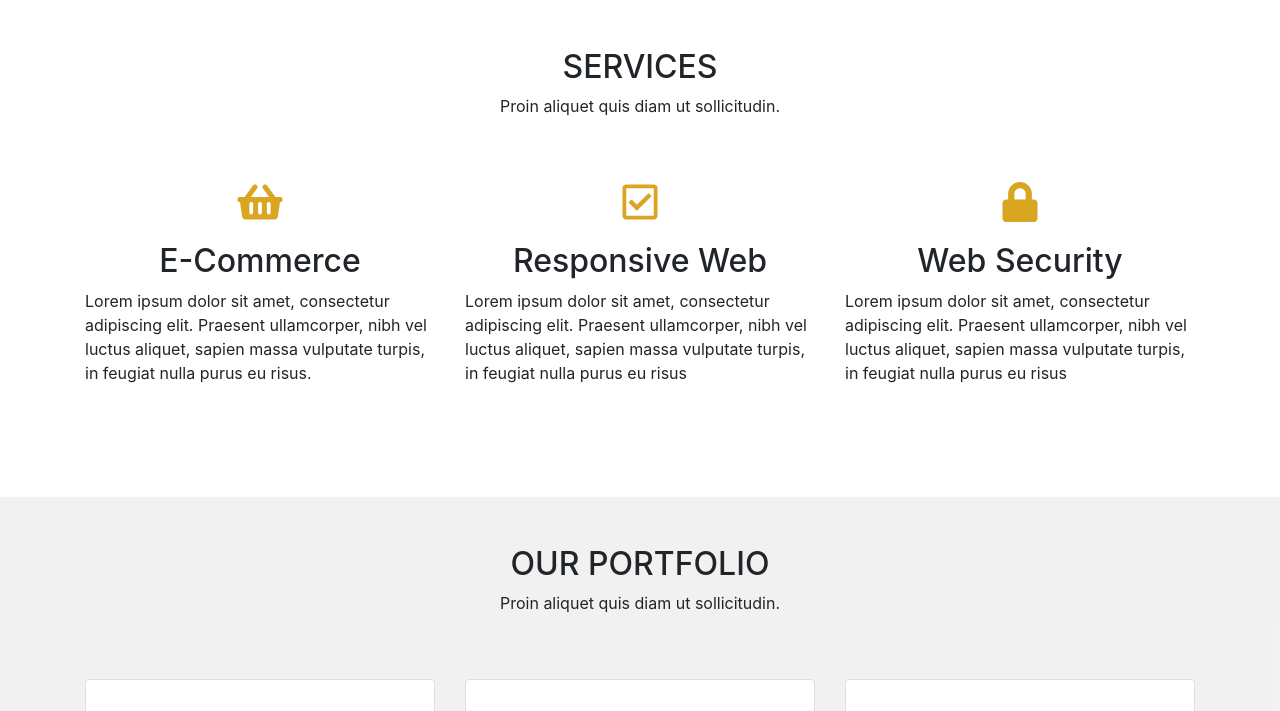
Repository: arek-adamik/golden-webpage
Page: index.html
These files come from the project's save history. The page is drawn as it stood at one moment and after the next save; the edit follows.
The browser window is 1280 px wide. The pictures show the part of the page from y = 645 to 1356 px (the page is 2623 px tall before and 2618 px after).
Pictures or frames that could not be fetched are drawn as grey boxes. Some web fonts or font styles are not loaded; a fallback is used. Some web libraries are served in a nearby version. The style sheet was rebuilt from its Sass, Less or Tailwind sources for each picture, by a compiler version that may differ from the author's.

Above is the page before, as saved 2021-05-04 17:00:39.

### index.html
<!DOCTYPE html>
<html lang="en">
  <head>
    <meta name="viewport" content="width=device-width, initial-scale=1.0">
    <meta charset="utf-8">
    <title>Golden - Official Site</title>
    <link rel="preconnect" href="https://fonts.gstatic.com">
    <link href="https://fonts.googleapis.com/css2?family=Krona+One&family=Molle:ital@1&family=Tinos&display=swap" rel="stylesheet">
    <link href="https://fonts.googleapis.com/css2?family=Pacifico&display=swap" rel="stylesheet">
    <link rel="stylesheet" href="https://use.fontawesome.com/releases/v5.5.0/css/all.css">
    <link rel="stylesheet" href="vendor/bootstrap-grid.css">
    <link rel="stylesheet" href="css/style.css">
    <link rel="stylesheet" href="https://stackpath.bootstrapcdn.com/bootstrap/4.5.1/css/bootstrap.min.css" integrity="sha384-VCmXjywReHh4PwowAiWNagnWcLhlEJLA5buUprzK8rxFgeH0kww/aWY76TfkUoSX" crossorigin="anonymous">
  </head>
  <body>
    <section class="page-head">
        <nav class="navigation">
            <p class="logo">Golden</p>
                <ul>
                    <li><a href="#">HOME</a></li>
                    <li><a href="#">SERVICES</a></li>
                    <li><a href="#">PORTFOLIO</a></li>
                    <li><a href="#">ABOUT</a></li>
                    <li><a href="#">CONTACT</a></li>
                </ul>

        </nav>
        <header class="splash">
            <div class="splash-inner">
                <h2 class="page-subtitle">Welcome to our studio!</h2>
                <h1 class="page-title">IT'S NICE TO MEET YOU</h1>
                <a class="button" href="#">TELL ME MORE</a>
            </div>
      </header>
    </section>
    <section class="services py-5">
        <h2 class="section-subtitle">SERVICES</h2>
        <p class="services-text">Proin aliquet quis diam ut sollicitudin.</p>
        <div class="container">
            <div class="row py-5">
                <div class="col-md-4">
                    <i class="fas fa-shopping-basket"></i>
                    <h2 class="services-subbtitle">E-Commerce</h2>
                    <p>Lorem ipsum dolor sit amet, consectetur adipiscing elit. Praesent ullamcorper, nibh vel luctus aliquet, sapien massa vulputate turpis, in feugiat nulla purus eu risus.</p>
                </div>
                <div class="col-md-4">
                    <i class="far fa-check-square"></i>
                    <h2 class="services-subbtitle">Responsive Web</h2>
                    <p>Lorem ipsum dolor sit amet, consectetur adipiscing elit. Praesent ullamcorper, nibh vel luctus aliquet, sapien massa vulputate turpis, in feugiat nulla purus eu risus</p>
                </div>
                <div class="col-md-4">
                    <i class="fas fa-lock"></i>
                    <h2 class="services-subbtitle">Web Security</h2>
                    <p>Lorem ipsum dolor sit amet, consectetur adipiscing elit. Praesent ullamcorper, nibh vel luctus aliquet, sapien massa vulputate turpis, in feugiat nulla purus eu risus</p>
                </div>
        </div>
    </section>
    <section class="our-portfolio py-5">
        <h2 class="section-subtitle">OUR PORTFOLIO</h2>
        <p class="services-text">Proin aliquet quis diam ut sollicitudin.</p>
        <div class="container">
            <div class="row py-5">
                <div class="col-md-4">
                    <div class="card p-3 mb-3">
                        <div class="card-body">
                            <img src="https://images.pexels.com/photos/3910071/pexels-photo-3910071.jpeg?auto=compress&cs=tinysrgb&dpr=2&h=750&w=1260">
                            <h3 class="portfolio-subtitle">Ebony & Ivory</h3>
                            <p>Branding</p>
                        </div>
                    </div>
                </div>
                <div class="col-md-4">
                    <div class="card p-3 mb-3">
                        <div class="card-body">
                            <img src="https://images.pexels.com/photos/1827548/pexels-photo-1827548.jpeg?auto=compress&cs=tinysrgb&dpr=2&h=750&w=1260">
                            <h3 class="portfolio-subtitle">Clever Poster</h3>
                            <p>Print design</p>
                        </div>
                    </div>
                </div>
                <div class="col-md-4">
                    <div class="card p-3 mb-3">
                        <div class="card-body">
                            <img src="https://images.pexels.com/photos/6224/hands-people-woman-working.jpg?auto=compress&cs=tinysrgb&dpr=2&h=750&w=1260">
                            <h3 class="portfolio-subtitle">Smart Stationary</h3>
                            <p>Print Design</p>
                        </div>
                    </div>
                </div>
                <div class="col-md-4">
                    <div class="card p-3 mb-3">
                        <div class="card-body">
                            <img src="https://images.pexels.com/photos/965989/pexels-photo-965989.jpeg?auto=compress&cs=tinysrgb&dpr=2&h=750&w=1260">
                            <h3 class="portfolio-subtitle">Branding</h3>
                            <p>Branding</p>
                        </div>
                    </div>
                </div>
                <div class="col-md-4">
                    <div class="card p-3 mb-3">
                        <div class="card-body">
                            <img src="https://images.pexels.com/photos/160107/pexels-photo-160107.jpeg?auto=compress&cs=tinysrgb&dpr=2&h=750&w=1260">
                            <h3 class="portfolio-subtitle">Web design</h3>
                            <p>Web design</p>
                        </div>
                    </div>
                </div>
                <div class="col-md-4">
                    <div class="card p-3 mb-3">
                        <div class="card-body">
                            <img src="https://images.pexels.com/photos/1961792/pexels-photo-1961792.jpeg?auto=compress&cs=tinysrgb&dpr=2&h=750&w=1260">
                            <h3 class="portfolio-subtitle">Brand creation</h3>
                            <p>Branding</p>
                        </div>
                    </div>
                </div>
            </div>
        </div>
    </section>
    <footer>
        <div class="container py-5">
            <div class="row">
                <div class="col-md-4">
                    <p>Cpyright 2021 A. A.</p>
                </div>
                <div class="col-md-8">
                    <ul>
                        <li><a href="#"><i class="fab fa-facebook-square"></i>Facebook</a></li>
                        <li><a href="#"><i class="fab fa-instagram"></i>Instagram</a></li>
                        <li><a href="#"><i class="fab fa-linkedin-in"></i>Linkedin</a></li>
                        <li><a href="#"><i class="fab fa-youtube"></i>Youtube</a></li>
                    </ul>
                </div>
            </div>
        </div>
    </footer>
  </body>
  </html>

### sass/style.scss
/* Variabbles */
$font-header: 'Krona One', sans-serif;
$font-logo: 'Pacifico', cursive;
$font-text: 'Tinos', serif;
/* Global */
body {
    margin: 0;
    font-size: 16px;
    line-height: 1.7;
    font-family: $font-text;
}
.container {
    max-width: 1140px;
    padding: 0 20px 0 20px;
    display: flex;
	justify-content: center;
	align-items: center;
	margin: auto;
}
/* Main section */
.page-head{
    background-image: url(https://images.pexels.com/photos/174524/pexels-photo-174524.jpeg?auto=compress&cs=tinysrgb&dpr=2&h=750&w=1260);
}

/* Navigation */
.navigation {
    padding: 12px 0 12px 0;
        ul {
            padding: 0;
            margin: 0;
            list-style-type: none;
            text-align: right;
        }

        }
        .logo {
            text-align: left;
            padding-top: 20px;
            margin-left: 40px;
            font-family: $font-logo;
            color: rgb(2, 2, 1);
            text-shadow: goldenrod;
            font-size: 40px;
            font-weight: bold;
        }
        li {
            display: inline-block;
            margin-right: 36px;
            position: relative;

        }
        a {
            color: rgb(0, 0, 0);
            font-family: $font-header;
        }
/* Splash */
.splash {
    min-height: 500px;
    display: flex;
        .page-title {
            margin: 0;
            font-size: 72px;
            font-weight: 700;
            line-height: 1.2;
            font-family: $font-header;
            text-align: center;
        }
        .page-subtitle {
            margin: 24px 0;
            font-weight: 400;
            font-size: 16px;
            font-family: $font-header;
            text-align: center;
        }
}
.splash-inner {
    margin: auto;
    max-width: 70%;
}
.button {
    display: block;
    margin: 0 auto;
    position: relative;
    margin-top: 20px;
    padding: 20px 25px;
    font-size: 24px;
    cursor: pointer;
    text-align: center;
    text-decoration: none;
    outline: none;
    color: #fff;
    background-color: #070807;
    border: none;
    border-radius: 15px;
    width: 250px;
  }
  .button:hover {
      background-color: rgb(69, 70, 32)
    }
  .button:active {
    background-color: rgb(69, 70, 32);
    box-shadow: 0 5px #666;
    transform: translateY(4px);
    text-decoration: none;
  }
  /* Services */
  .services{
  .section-subtitle, .services-text{
      text-align: center;
  }
  i {
        font-size: 40px;
        color:goldenrod;
        display: flex;
        justify-content: center;
        margin-bottom: 20px;
  }
}
.col-md-4 {
    h2 {
        text-align: center;
    }
}
 /* Portfolio */
.our-portfolio {
    background-color: rgba(241, 241, 241, 0.952);
}
.section-subtitle, .services-text{
    text-align: center;
}
.card-body {
    img {
        width: 100%;
        height: 300px;
        object-fit: cover;
    }
    p, h3 {
        text-align: center;
    }
}

 /* Footer */
 footer {
     .socialmedia-icons, .footer-text {
         display: inline-flex;
         justify-content: space-around;
     }
     i {
        font-size: 20px;
        border: solid;
        border-color: goldenrod;
        border-width: 27px;
        border-radius: 62px;
        background: goldenrod;
        text-align: center;
        color: black;

     }
     li {
        font-size: 0;
    }
    p {
        font-weight: bold;
    }

 }

Loaded but not shown: vendor/bootstrap-grid.css (library)

After the next save:
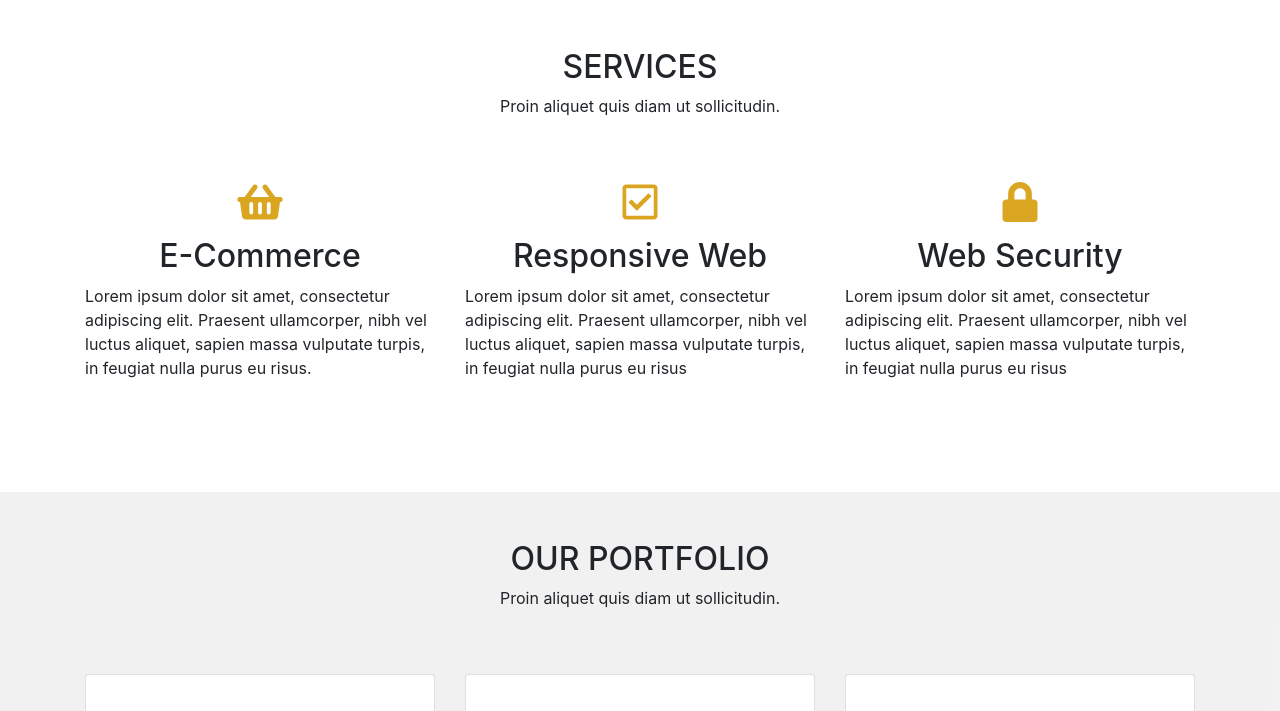
Saved 15 s later.
--- a/sass/style.scss
+++ b/sass/style.scss
@@ -113,7 +113,7 @@ body {
         color:goldenrod;
         display: flex;
         justify-content: center;
-        margin-bottom: 20px;
+        margin-bottom: 15px;
   }
 }
 .col-md-4 {
